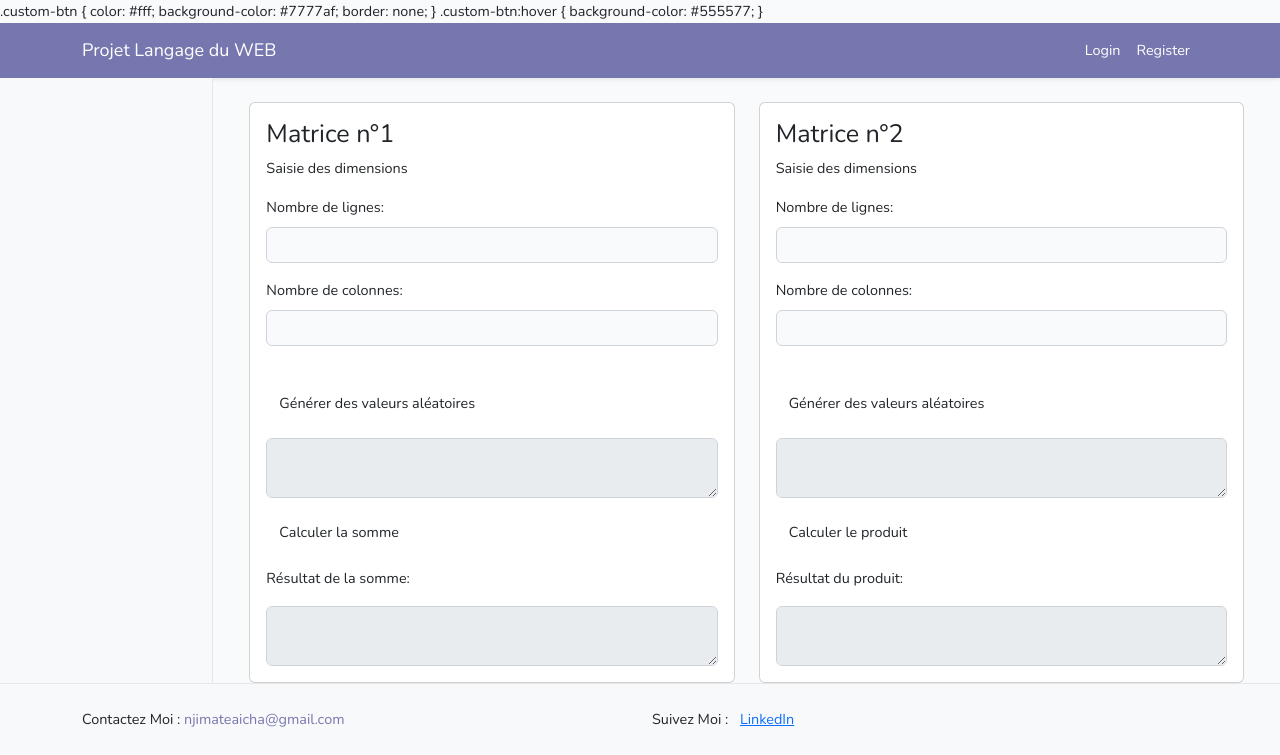
Repository: NjimateAicha/LaravelWeb
Page: http://localhost/matrice
These files come from the project's save history. The page is drawn as it stood at one moment and after the next save; the edit follows.
The browser window is 1280 px wide. The pictures show the whole page.
Some web libraries are served in a nearby version. The page is served by the project's Laravel application, run on PHP 8.4 with Laravel 9. Style sheets and scripts are compiled from the project's sources, by tool versions that may differ from the author's.

Above is the page before, as saved 2024-05-19 17:25:37.

After the next save:
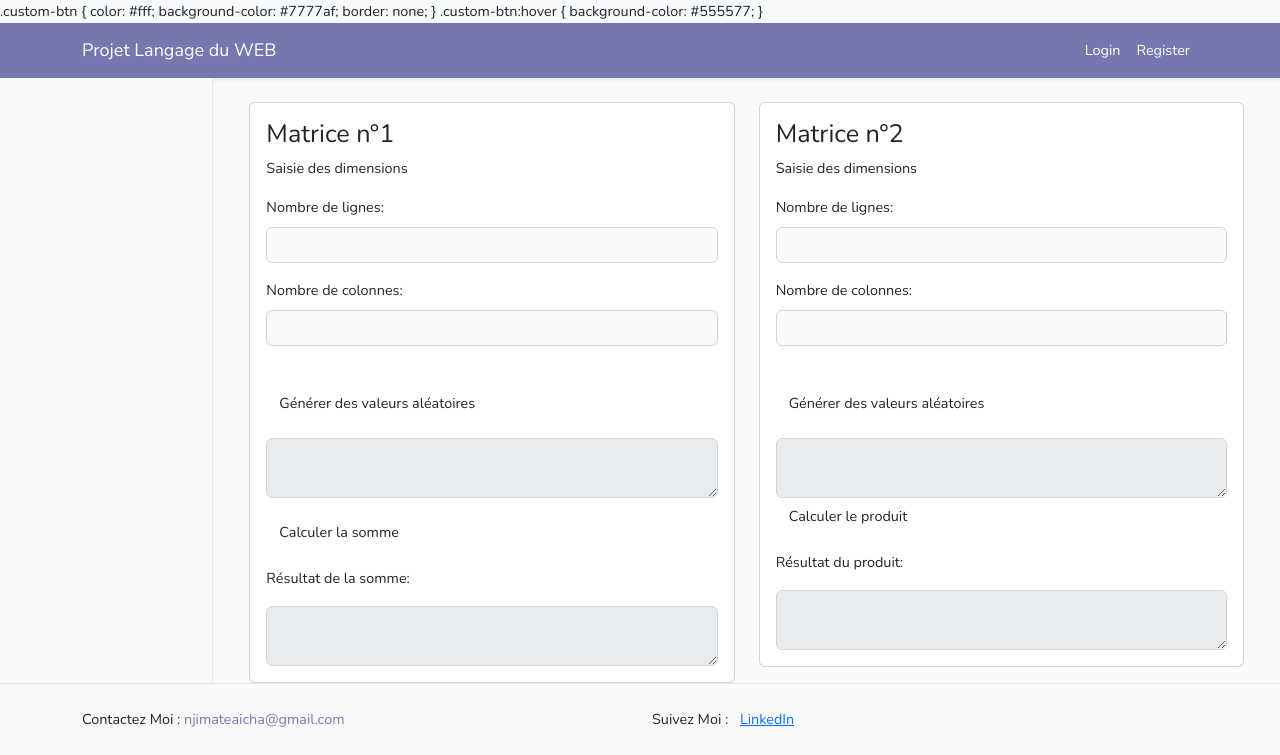
Saved 35 s later.
--- a/resources/views/matrice/index.blade.php
+++ b/resources/views/matrice/index.blade.php
@@ -46,7 +46,7 @@
                     <button class="btn " onclick="generateMatrix('matrix2')">Générer des valeurs aléatoires</button>
 
                     <textarea class="form-control mt-3" id="matrix2" readonly></textarea>
-                    <button class="btn  custom-btn mt-3" onclick="calculateProduct('matrix2')">Calculer le produit</button>
+                    <button class="btn custom-btn" onclick="calculateProduct('matrix2')">Calculer le produit</button>
                     <div class="result mt-3">
                         <p>Résultat du produit:</p>
                         <textarea class="form-control" id="productResult" readonly></textarea>
